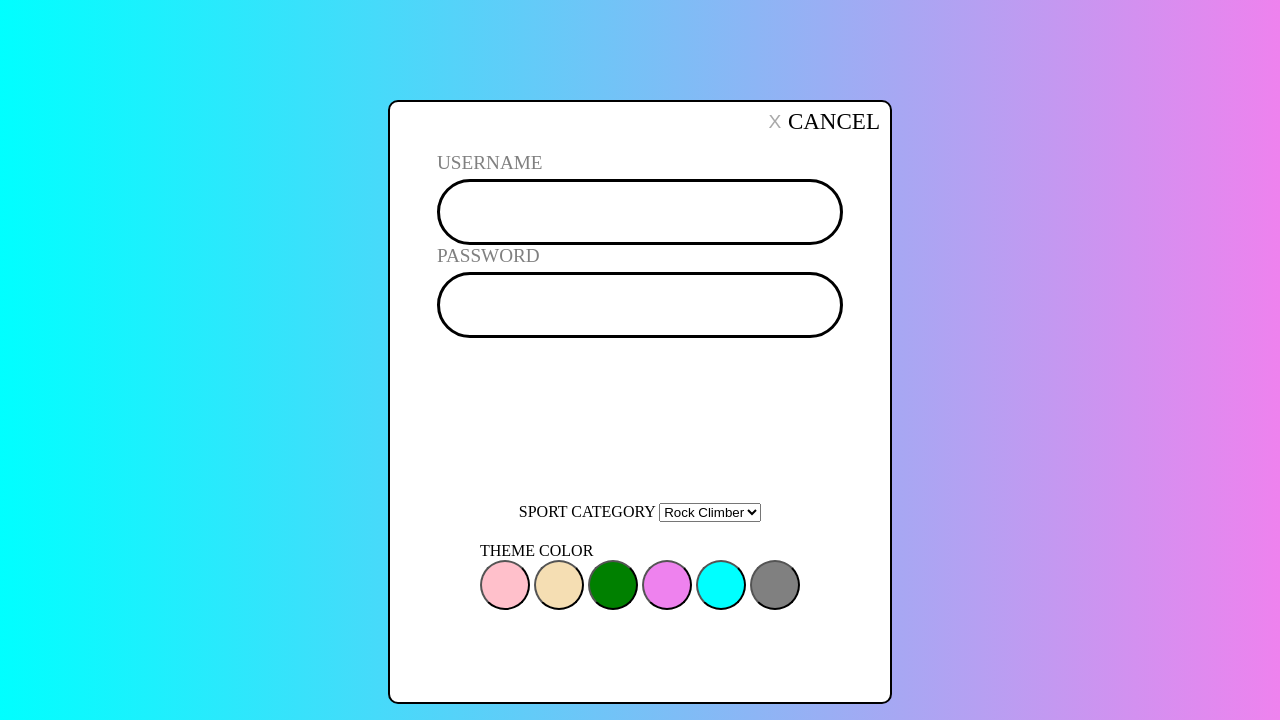
Repository: zRush1202/LoginPage-demo
Page: dom/exercise/login.html
These files come from the project's save history. The page is drawn as it stood at one moment and after the next save; the edit follows.
The browser window is 1280 px wide. The pictures show the whole page.

Above is the page before, as saved 2023-09-17 09:43:28.

After the next save:
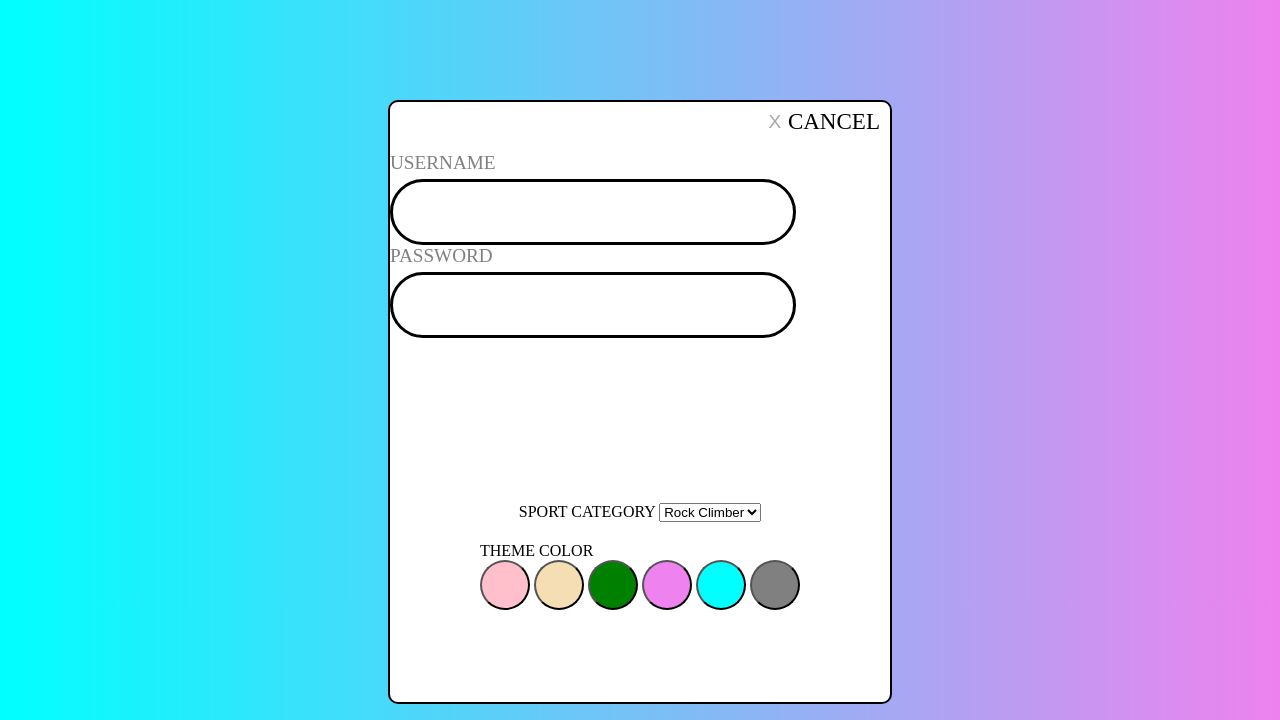
Saved 9 s later.
--- a/dom/exercise/login.css
+++ b/dom/exercise/login.css
@@ -66,7 +66,7 @@
 
 .tk {
     position: relative;
-    bottom: 20px;
+    left: 0;
 }
 
 .tk {

After the save that followed:
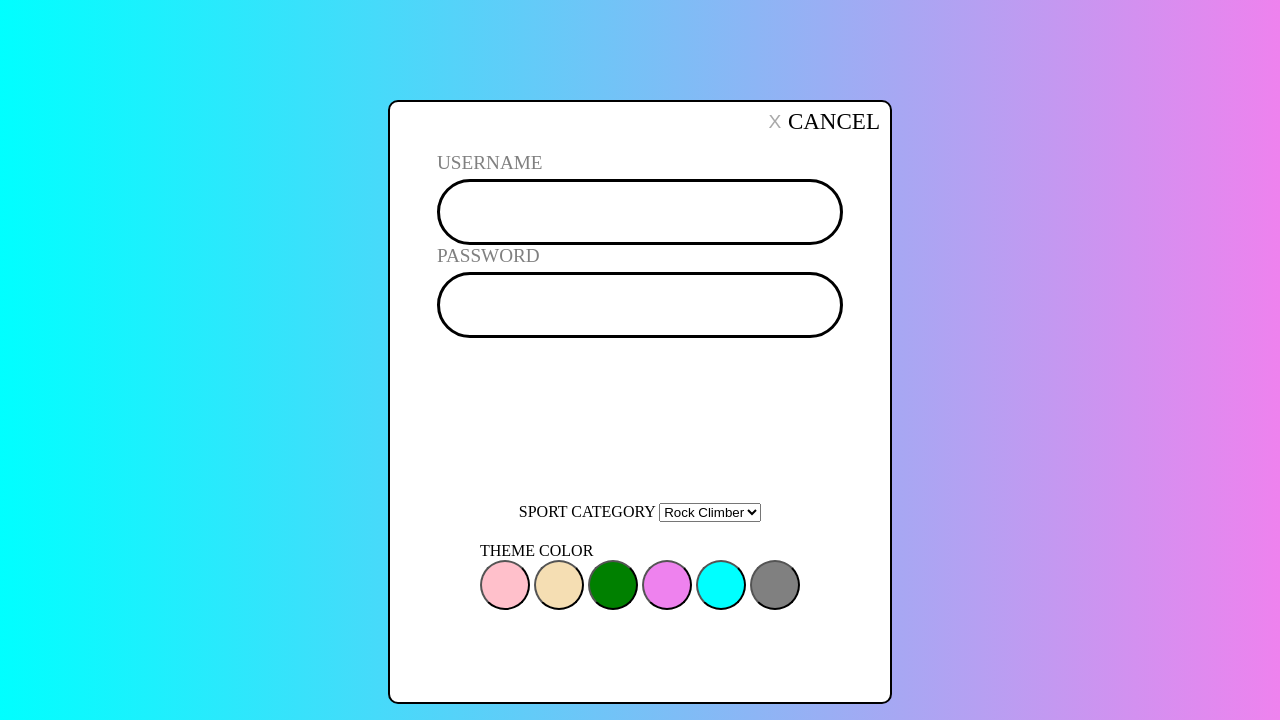
Saved 8 s later.
--- a/dom/exercise/login.css
+++ b/dom/exercise/login.css
@@ -66,7 +66,7 @@
 
 .tk {
     position: relative;
-    left: 0;
+    top: 0;
 }
 
 .tk {
